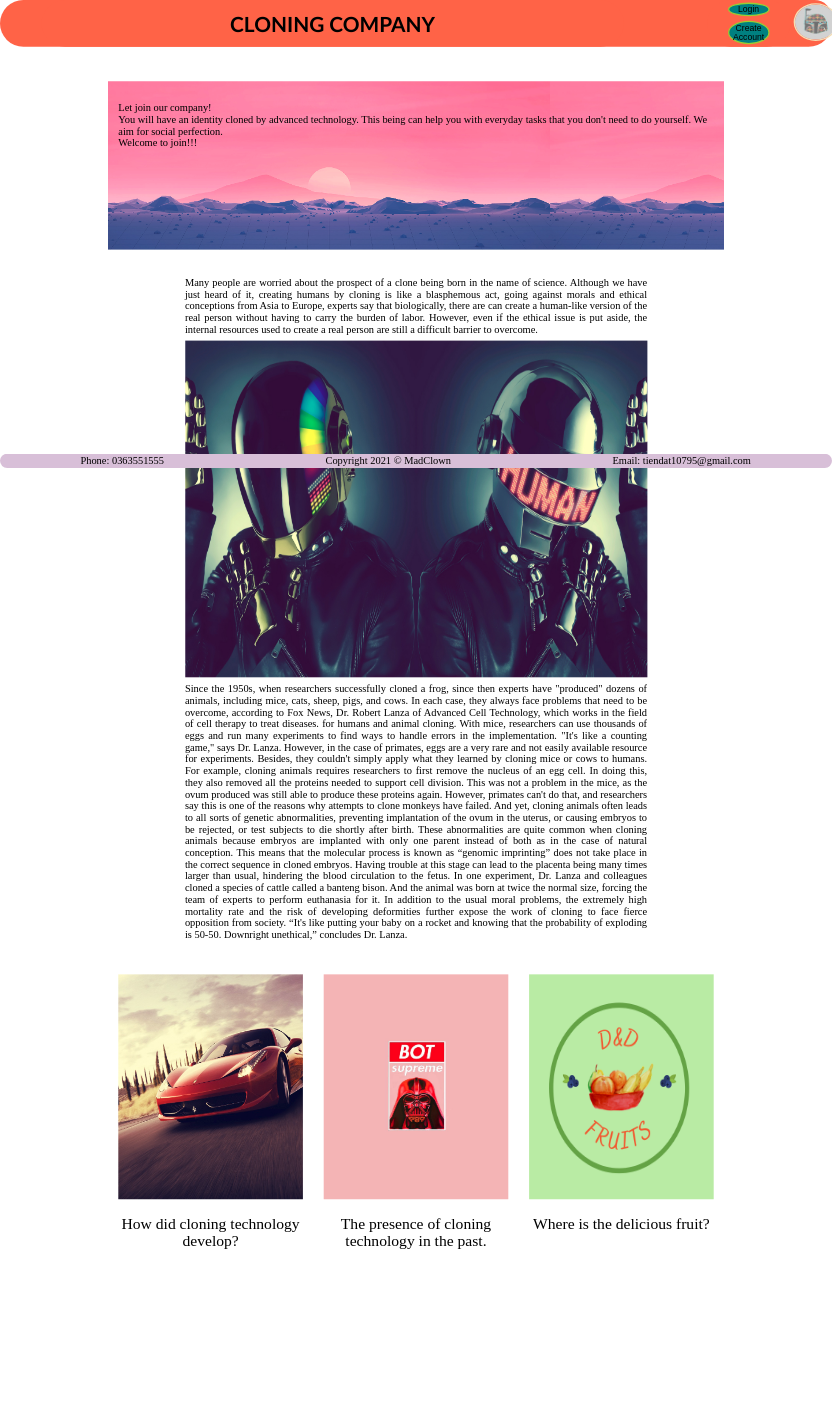
Repository: madd107/demo-form
Page: Assigment_FEE/CaseStudy_1.html
These files come from the project's save history. The page is drawn as it stood at one moment and after the next save; the edit follows.
The browser window is 1280 px wide. The pictures show the whole page, at 65% of full size.

Above is the page before, as saved 2021-10-01 02:27:12.

After the next save:
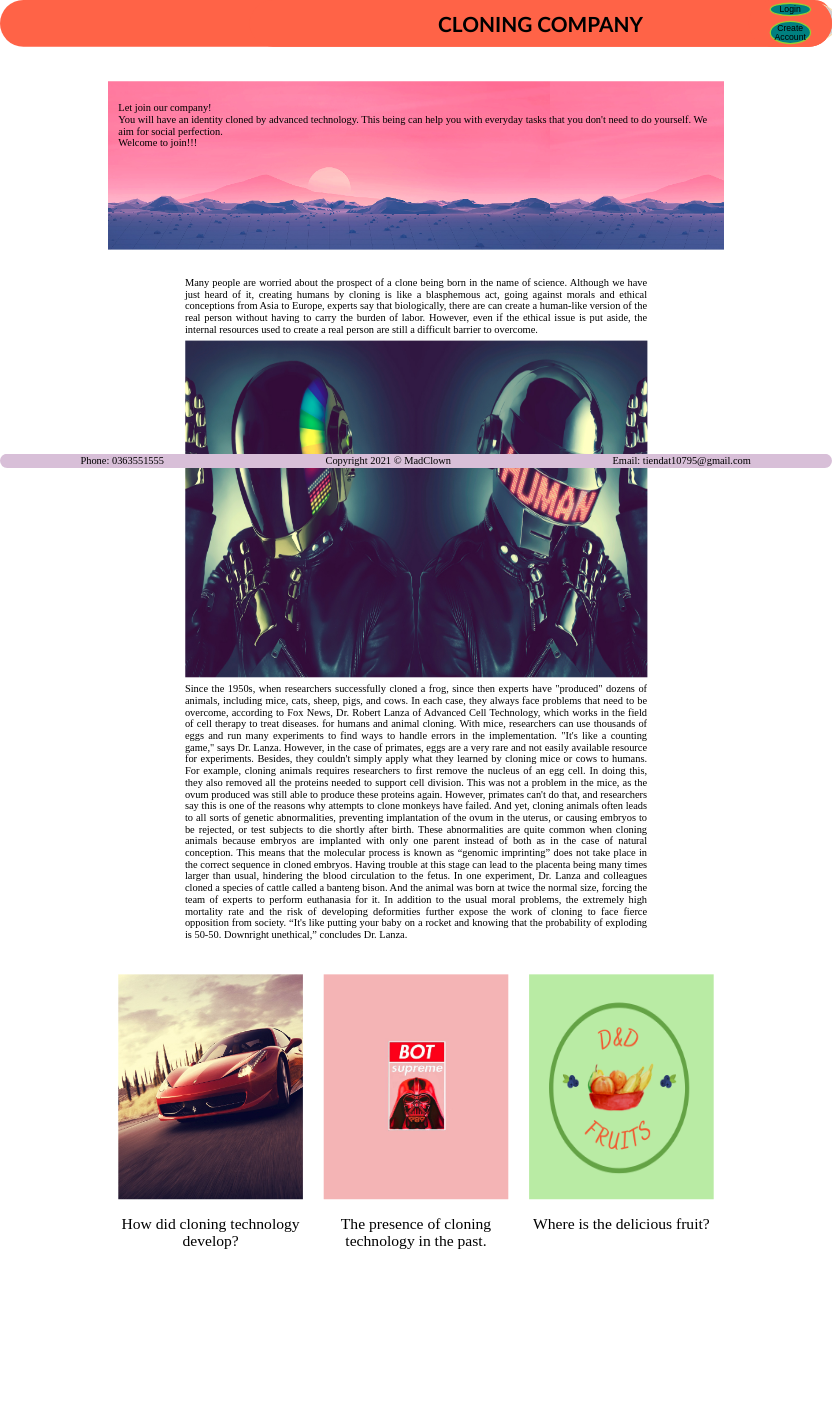
Saved 26 s later.
--- a/Assigment_FEE/css/CaseStudy_1.css
+++ b/Assigment_FEE/css/CaseStudy_1.css
@@ -31,7 +31,6 @@
   margin: 5px 5px;
   border: wheat solid 2px;
   position: absolute;
-  left: 0;
   top: 0;
 }
 .title {
@@ -41,7 +40,7 @@
   display: flex;
   justify-content: center;
   align-items: center;
-  position: relative;
+  position: absolute;
   top: 0;
 }
 .title h1 {
@@ -50,6 +49,7 @@
   text-align: center;
   font-family: "Trebuchet MS", "Lucida Sans Unicode", "Lucida Grande",
     "Lucida Sans", Arial, sans-serif;
+  position: absolute;
 }
 .login {
   margin: 0 auto;
@@ -59,7 +59,7 @@
   align-items: center;
   flex-direction: column;
   justify-content: space-around;
-  position: relative;
+  position: absolute;
   top: 0;
 }
 .login button {
